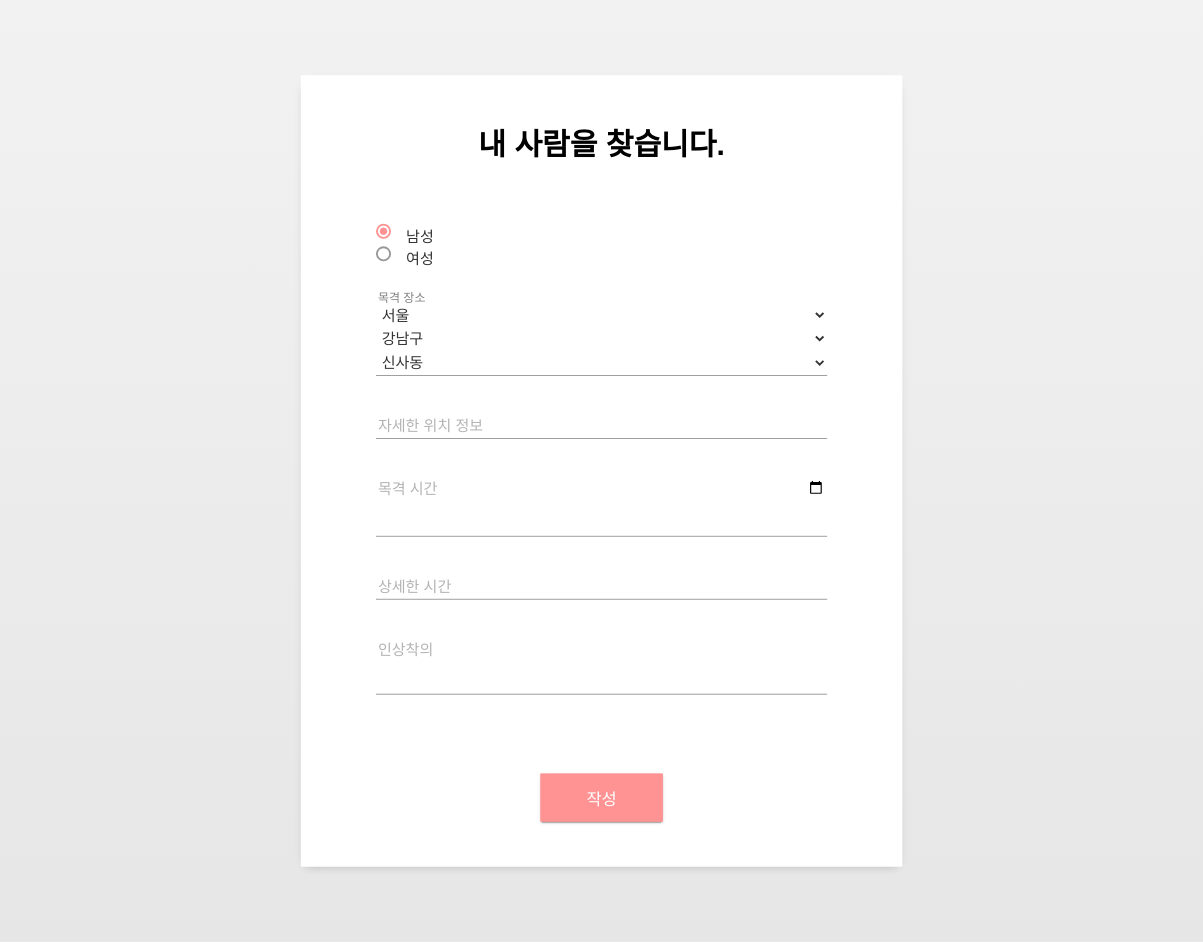
Repository: loone96/sendmylove
Page: sendMyLove1.0/src/main/webapp/board.html
The author's editor kept a copy of each file at every save. The page is drawn from the files as they stood at one save, then again after the next save.
The browser window is 1280 px wide. The pictures show the whole page, at 94% of full size.
Some web fonts or font styles are not loaded; a fallback is used.

Above is the page before, as saved 2020-06-23 06:48:02.

### sendMyLove1.0/src/main/webapp/board.html
<!DOCTYPE html>
<html lang="en">

<head>
<meta charset="UTF-8">
<meta name="viewport" content="width=device-width, initial-scale=1.0">
<title>Document</title>
<link rel="stylesheet" href="css/board.css">
<link rel="stylesheet"
	href="https://cdnjs.cloudflare.com/ajax/libs/font-awesome/4.7.0/css/font-awesome.css" />
</head>

<body>
	<div class="container">
		<form action="insertBoard" method="POST">
			<h1>내 사람을 찾습니다.</h1>
			<div class="form-radio">
				<div class="radio">
					<label> <input type="radio" name="gender" value="남성"
						checked="checked" /><i class="helper"></i>남성
					</label> <label> <input type="radio" name="gender" value="여성" /><i
						class="helper"></i>여성
					</label>
				</div>
			</div>


			<div class="form-group">

				<select name="sido" id="sido">
					<option value="">-시도-</option>
				</select> <select name="gugun" id="gugun">
					<option value="">-구군-</option>
				</select> <select name="dong" id="dong">
					<option value="">-동-</option>
				</select> <label for="select" class="control-label">목격 장소</label><i
					class="bar"></i>
			</div>


			<div class="form-group">
				<input type="text" name="loc" required="required" /> <label
					for="input" class="control-label">자세한 위치 정보</label><i class="bar"></i>
			</div>

			<div class="form-group">
				<input name="date" class="form-group" type="date" placeholder="Date"
					required name="date" value="2020-01-01T00:00"> <label
					for="input" class="control-label">목격 시간</label><i class="bar"></i>
			</div>

			<div class="form-group">
				<input name="detailtime" type="text" required="required" /> <label
					for="input" class="control-label">상세한 시간</label><i class="bar"></i>
			</div>


			<div class="form-group">
				<textarea required="required" name="detail"></textarea>
				<label for="textarea" class="control-label">인상착의</label><i
					class="bar"></i>
			</div>
			<div class="button-container">
				<input type="submit" class="button" value="작성">
			</div>
		</form>
	</div>

</body>
<script src="js/sojaeji.js"></script>

<script>
	sojaeji('서울', '강남구', '신사동');
</script>

</html>

### sendMyLove1.0/src/main/webapp/css/board.css
@font-face { font-family: 'Cafe24Oneprettynight'; src: url('https://cdn.jsdelivr.net/gh/projectnoonnu/noonfonts_twelve@1.1/Cafe24Oneprettynight.woff') format('woff'); font-weight: normal; font-style: normal; }
@import url(https://fonts.googleapis.com/css?family=Roboto);
body,
input,
select,
textarea,
body * {
  font-family: 'Cafe24Oneprettynight', sans-serif;
  box-sizing: border-box;
}
body::after, body::before,
input::after,
input::before,
select::after,
select::before,
textarea::after,
textarea::before,
body *::after,
body *::before {
  box-sizing: border-box;
}

body {
  background-image: -webkit-linear-gradient(top, #f2f2f2, #e6e6e6);
  background-image: linear-gradient(top, #f2f2f2, #e6e6e6);
}

h1 {
  font-size: 2rem;
  text-align: center;
  margin: 0 0 2em;
}

.container {
  position: relative;
  max-width: 40rem;
  margin: 5rem auto;
  background: #fff;
  width: 100%;
  padding: 3rem 5rem 0;
  border-radius: 1px;
}
.container::before {
  content: '';
  position: absolute;
  top: 0;
  left: 0;
  right: 0;
  bottom: 0;
  box-shadow: 0 8px 10px 1px rgba(0, 0, 0, 0.14), 0 3px 14px 2px rgba(0, 0, 0, 0.12), 0 5px 5px -3px rgba(0, 0, 0, 0.2);
  -webkit-transform: scale(0.98);
          transform: scale(0.98);
  -webkit-transition: -webkit-transform 0.28s ease-in-out;
  transition: -webkit-transform 0.28s ease-in-out;
  transition: transform 0.28s ease-in-out;
  transition: transform 0.28s ease-in-out, -webkit-transform 0.28s ease-in-out;
  z-index: -1;
}
.container:hover::before {
  -webkit-transform: scale(1);
          transform: scale(1);
}

.button-container {
  text-align: center;
}

fieldset {
  margin: 0 0 3rem;
  padding: 0;
  border: none;
}

.form-radio,
.form-group {
  position: relative;
  margin-top: 2.25rem;
  margin-bottom: 2.25rem;
}

.form-inline > .form-group,
.form-inline > .btn {
  display: inline-block;
  margin-bottom: 0;
}

.form-help {
  margin-top: 0.125rem;
  margin-left: 0.125rem;
  color: #b3b3b3;
  font-size: 0.8rem;
}
.checkbox .form-help, .form-radio .form-help, .form-group .form-help {
  position: absolute;
  width: 100%;
}
.checkbox .form-help {
  position: relative;
  margin-bottom: 1rem;
}
.form-radio .form-help {
  padding-top: 0.25rem;
  margin-top: -1rem;
}

.form-group input {
  height: 1.9rem;
}
.form-group textarea {
  resize: none;
}
.form-group select {
  width: 100%;
  font-size: 1rem;
  height: 1.6rem;
  padding: 0.125rem 0.125rem 0.0625rem;
  background: none;
  border: none;
  line-height: 1.6;
  box-shadow: none;
}
.form-group .control-label {
  position: absolute;
  top: 0.25rem;
  pointer-events: none;
  padding-left: 0.125rem;
  z-index: 1;
  color: #b3b3b3;
  font-size: 1rem;
  font-weight: normal;
  -webkit-transition: all 0.28s ease;
  transition: all 0.28s ease;
}
.form-group .bar {
  position: relative;
  border-bottom: 0.0625rem solid #999;
  display: block;
}
.form-group .bar::before {
  content: '';
  height: 0.125rem;
  width: 0;
  left: 50%;
  bottom: -0.0625rem;
  position: absolute;
  background: #ff9292;
  -webkit-transition: left 0.28s ease, width 0.28s ease;
  transition: left 0.28s ease, width 0.28s ease;
  z-index: 2;
}
.form-group input,
.form-group textarea {
  display: block;
  background: none;
  padding: 0.125rem 0.125rem 0.0625rem;
  font-size: 1rem;
  border-width: 0;
  border-color: transparent;
  line-height: 1.9;
  width: 100%;
  color: transparent;
  -webkit-transition: all 0.28s ease;
  transition: all 0.28s ease;
  box-shadow: none;
}
.form-group input[type="file"] {
  line-height: 1;
}
.form-group input[type="file"] ~ .bar {
  display: none;
}
.form-group select,
.form-group input:focus,
.form-group input:valid,
.form-group input.form-file,
.form-group input.has-value,
.form-group textarea:focus,
.form-group textarea:valid,
.form-group textarea.form-file,
.form-group textarea.has-value {
  color: #333;
}
.form-group select ~ .control-label,
.form-group input:focus ~ .control-label,
.form-group input:valid ~ .control-label,
.form-group input.form-file ~ .control-label,
.form-group input.has-value ~ .control-label,
.form-group textarea:focus ~ .control-label,
.form-group textarea:valid ~ .control-label,
.form-group textarea.form-file ~ .control-label,
.form-group textarea.has-value ~ .control-label {
  font-size: 0.8rem;
  color: gray;
  top: -1rem;
  left: 0;
}
.form-group select:focus,
.form-group input:focus,
.form-group textarea:focus {
  outline: none;
}
.form-group select:focus ~ .control-label,
.form-group input:focus ~ .control-label,
.form-group textarea:focus ~ .control-label {
  color: #ff9292;
}
.form-group select:focus ~ .bar::before,
.form-group input:focus ~ .bar::before,
.form-group textarea:focus ~ .bar::before {
  width: 100%;
  left: 0;
}

.checkbox label,
.form-radio label {
  position: relative;
  cursor: pointer;
  padding-left: 2rem;
  text-align: left;
  color: #333;
  display: block;
}
.checkbox input,
.form-radio input {
  width: auto;
  opacity: 0.00000001;
  position: absolute;
  left: 0;
}

.radio {
  margin-bottom: 1rem;
}
.radio .helper {
  position: absolute;
  top: -0.25rem;
  left: -0.25rem;
  cursor: pointer;
  display: block;
  font-size: 1rem;
  -webkit-user-select: none;
     -moz-user-select: none;
      -ms-user-select: none;
          user-select: none;
  color: #999;
}
.radio .helper::before, .radio .helper::after {
  content: '';
  position: absolute;
  left: 0;
  top: 0;
  margin: 0.25rem;
  width: 1rem;
  height: 1rem;
  -webkit-transition: -webkit-transform 0.28s ease;
  transition: -webkit-transform 0.28s ease;
  transition: transform 0.28s ease;
  transition: transform 0.28s ease, -webkit-transform 0.28s ease;
  border-radius: 50%;
  border: 0.125rem solid currentColor;
}
.radio .helper::after {
  -webkit-transform: scale(0);
          transform: scale(0);
  background-color: #ff9292;
  border-color: #ff9292;
}
.radio label:hover .helper {
  color: #ff9292;
}
.radio input:checked ~ .helper::after {
  -webkit-transform: scale(0.5);
          transform: scale(0.5);
}
.radio input:checked ~ .helper::before {
  color: #ff9292;
}

.checkbox {
  margin-top: 3rem;
  margin-bottom: 1rem;
}
.checkbox .helper {
  color: #999;
  position: absolute;
  top: 0;
  left: 0;
  width: 1rem;
  height: 1rem;
  z-index: 0;
  border: 0.125rem solid currentColor;
  border-radius: 0.0625rem;
  -webkit-transition: border-color 0.28s ease;
  transition: border-color 0.28s ease;
}
.checkbox .helper::before, .checkbox .helper::after {
  position: absolute;
  height: 0;
  width: 0.2rem;
  background-color: #ff9292;
  display: block;
  -webkit-transform-origin: left top;
          transform-origin: left top;
  border-radius: 0.25rem;
  content: '';
  -webkit-transition: opacity 0.28s ease, height 0s linear 0.28s;
  transition: opacity 0.28s ease, height 0s linear 0.28s;
  opacity: 0;
}
.checkbox .helper::before {
  top: 0.65rem;
  left: 0.38rem;
  -webkit-transform: rotate(-135deg);
          transform: rotate(-135deg);
  box-shadow: 0 0 0 0.0625rem #fff;
}
.checkbox .helper::after {
  top: 0.3rem;
  left: 0;
  -webkit-transform: rotate(-45deg);
          transform: rotate(-45deg);
}
.checkbox label:hover .helper {
  color: #ff9292;
}
.checkbox input:checked ~ .helper {
  color: #ff9292;
}
.checkbox input:checked ~ .helper::after, .checkbox input:checked ~ .helper::before {
  opacity: 1;
  -webkit-transition: height 0.28s ease;
  transition: height 0.28s ease;
}
.checkbox input:checked ~ .helper::after {
  height: 0.5rem;
}
.checkbox input:checked ~ .helper::before {
  height: 1.2rem;
  -webkit-transition-delay: 0.28s;
          transition-delay: 0.28s;
}

.radio + .radio,
.checkbox + .checkbox {
  margin-top: 1rem;
}

.has-error .legend.legend, .has-error.form-group .control-label.control-label {
  color: #d9534f;
}
.has-error.form-group .form-help,
.has-error.form-group .helper, .has-error.checkbox .form-help,
.has-error.checkbox .helper, .has-error.radio .form-help,
.has-error.radio .helper, .has-error.form-radio .form-help,
.has-error.form-radio .helper {
  color: #d9534f;
}
.has-error .bar::before {
  background: #d9534f;
  left: 0;
  width: 100%;
}

.button {
  position: relative;
  background: #ff9292;
  border: 1px solid #ff9292;
  font-size: 1.1rem;
  color: white;
  margin: 3rem 0;
  padding: 0.75rem 3rem;
  cursor: pointer;
  -webkit-transition: background-color 0.28s ease, color 0.28s ease, box-shadow 0.28s ease;
  transition: background-color 0.28s ease, color 0.28s ease, box-shadow 0.28s ease;
  overflow: hidden;
  box-shadow: 0 2px 2px 0 rgba(0, 0, 0, 0.14), 0 3px 1px -2px rgba(0, 0, 0, 0.2), 0 1px 5px 0 rgba(0, 0, 0, 0.12);
}
.button span {
  color: #fff;
  position: relative;
  z-index: 1;
}
/* .button::before {
  content: '';
  position: absolute;
  background: #071017;
  border: 50vh solid #ff9292;
  width: 30vh;
  height: 30vh;
  border-radius: 50%;
  display: block;
  top: 50%;
  left: 50%;
  z-index: 0;
  opacity: 1;
  -webkit-transform: translate(-50%, -50%) scale(0);
          transform: translate(-50%, -50%) scale(0);
} */
/* .button:hover {
  color: #ff9292;
  box-shadow: 0 6px 10px 0 rgba(0, 0, 0, 0.14), 0 1px 18px 0 rgba(0, 0, 0, 0.12), 0 3px 5px -1px rgba(0, 0, 0, 0.2);
}
 */

 /* .button:active::before, .button:focus::before {
  -webkit-transition: opacity 0.28s ease 0.364s, -webkit-transform 1.12s ease;
  transition: opacity 0.28s ease 0.364s, -webkit-transform 1.12s ease;
  transition: transform 1.12s ease, opacity 0.28s ease 0.364s;
  transition: transform 1.12s ease, opacity 0.28s ease 0.364s, -webkit-transform 1.12s ease;
  -webkit-transform: translate(-50%, -50%) scale(1);
          transform: translate(-50%, -50%) scale(1);
  opacity: 0;
}
.button:focus {
  outline: none;
} */

Loaded but not shown: sendMyLove1.0/src/main/webapp/js/sojaeji.js (library)

After the next save:
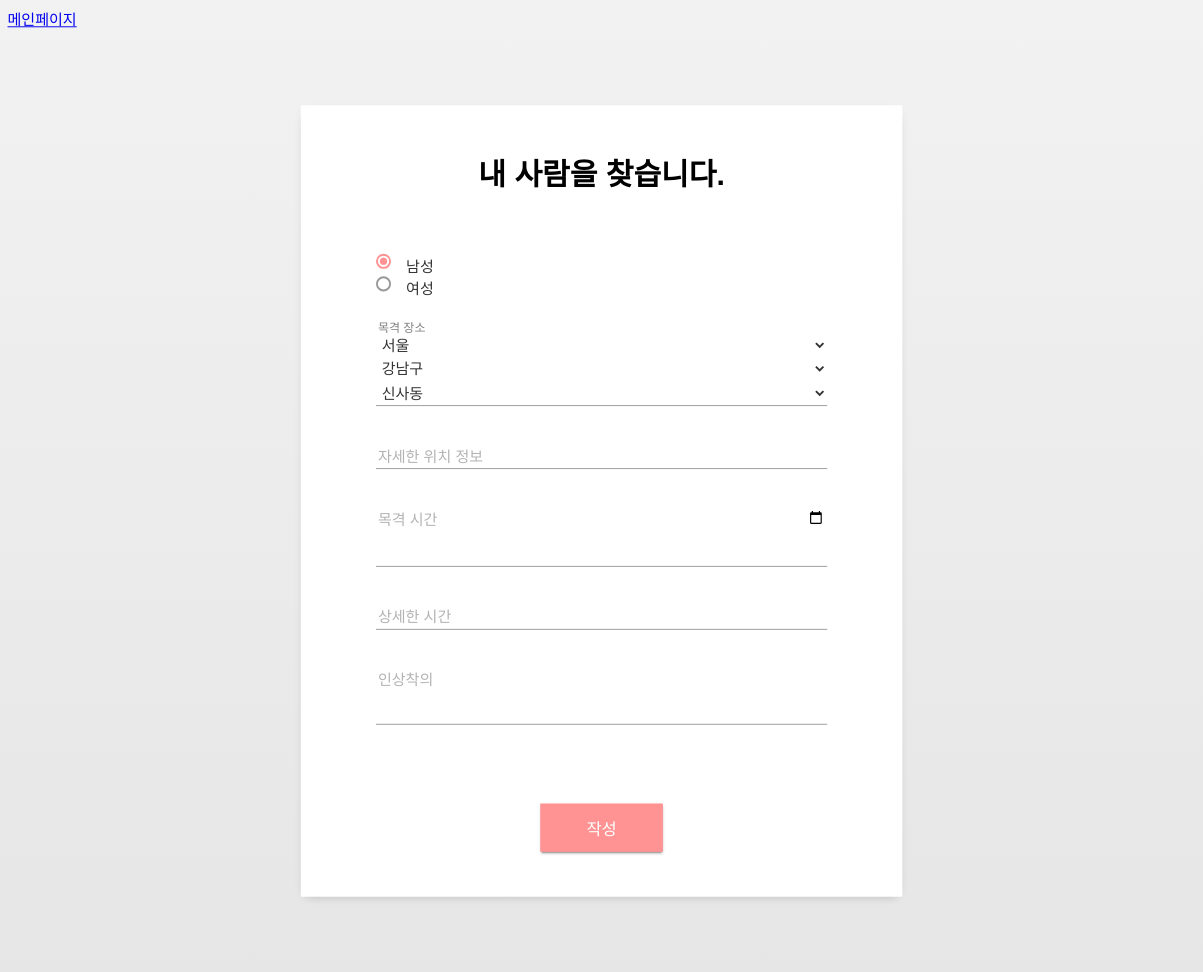
Saved 20 s later.
--- a/sendMyLove1.0/src/main/webapp/board.html
+++ b/sendMyLove1.0/src/main/webapp/board.html
@@ -11,6 +11,7 @@
 </head>
 
 <body>
+	<a href="index.html" class="button1"> 메인페이지</a>
 	<div class="container">
 		<form action="insertBoard" method="POST">
 			<h1>내 사람을 찾습니다.</h1>
